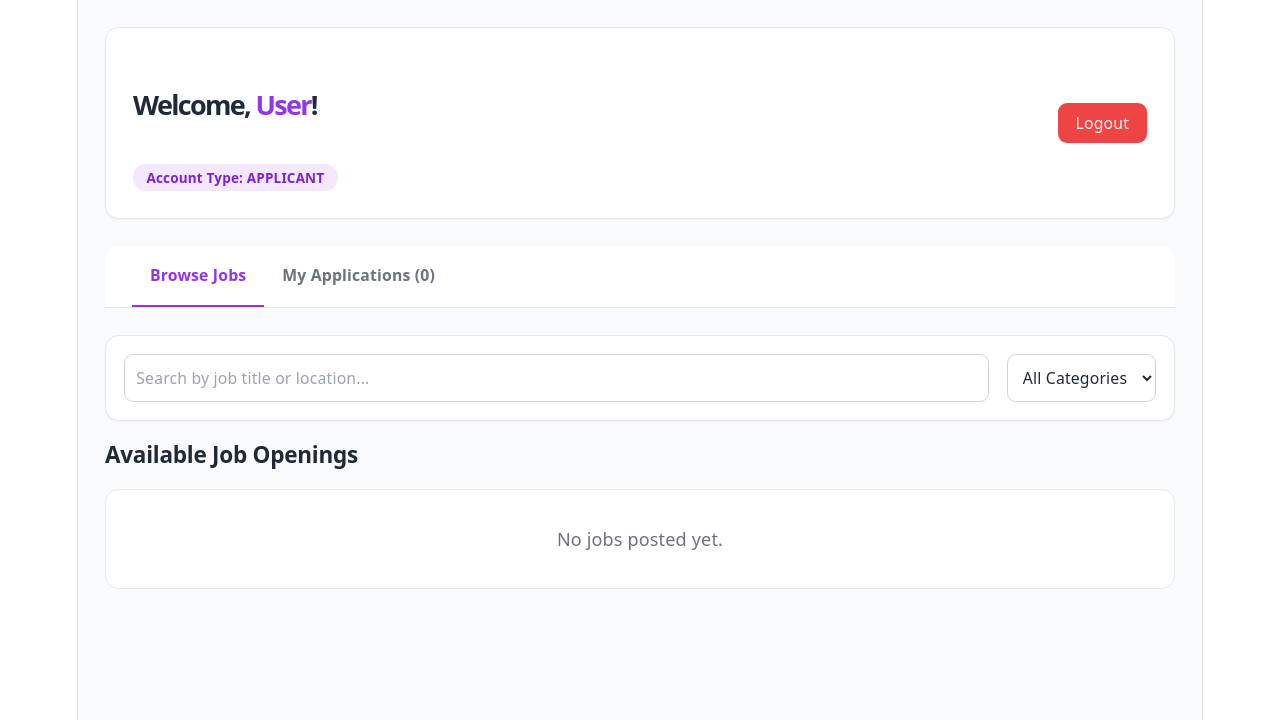
Repository: mdkawsarjomadder/job-portal
Page: /dashboard (app in job-portal/frontend/)
The author's editor kept a copy of each file at every save. The page is drawn from the files as they stood at one save, then again after the next save.
The browser window is 1280 px wide. The pictures show the whole page.
The page's requests for data from a server got no answer. The project was rebuilt for these pictures with package versions that can differ from the ones it lists, and the page was loaded fresh each time. No one was signed in, and anything a server would have sent is missing. Also part of the build but not shown: job-portal/frontend/vite.config.js, job-portal/frontend/src/pages/Login.jsx, job-portal/frontend/src/pages/Register.jsx, job-portal/frontend/src/pages/EmployerDashboard.jsx, job-portal/frontend/src/pages/CreateJob.jsx.

Above is the page before, as saved 2026-09-04 18:15:10.

After the next save:
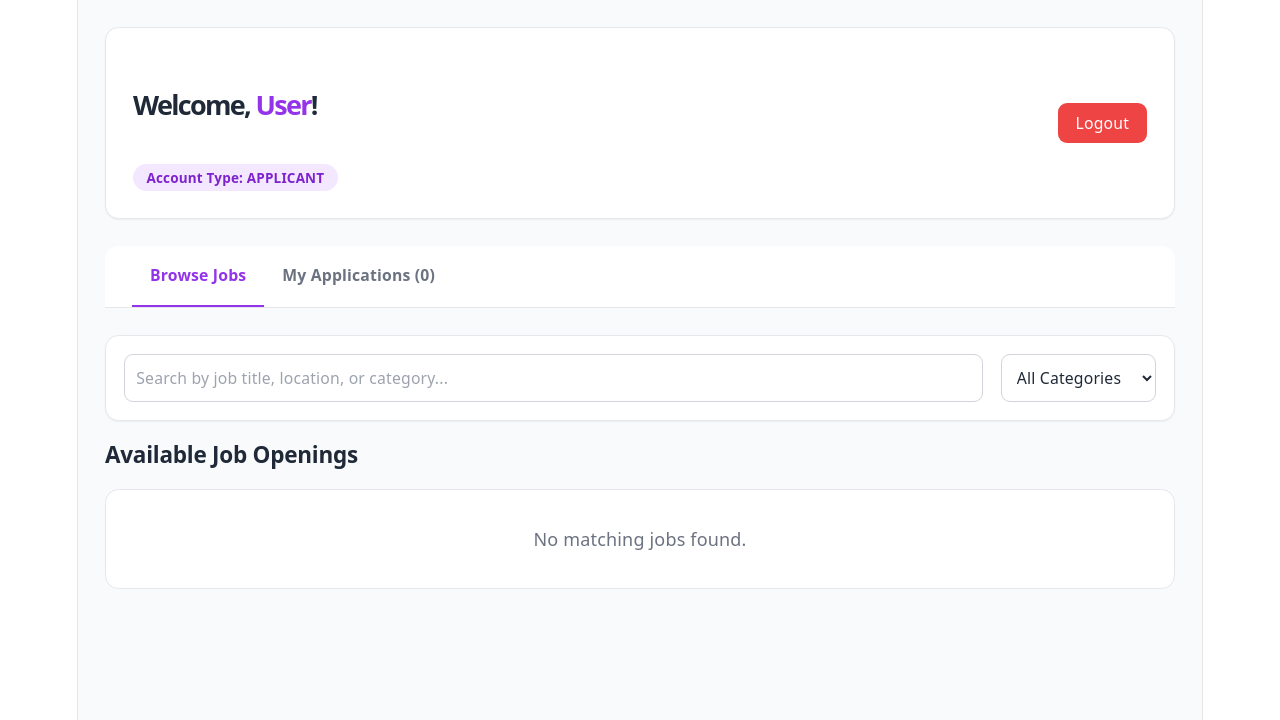
Saved 2 min 24 s later.
--- a/job-portal/frontend/src/pages/ApplicantDashboard.jsx
+++ b/job-portal/frontend/src/pages/ApplicantDashboard.jsx
@@ -1,4 +1,4 @@
-import React, { useState, useEffect, use } from 'react';
+import React, { useState, useEffect } from 'react';
 import axios from 'axios';
 import { useNavigate } from 'react-router-dom';
 
@@ -9,20 +9,16 @@ export default function ApplicantDashboard() {
   const [appliedJobs, setAppliedJobs] = useState([]);
   const [activeTab, setActiveTab] = useState('browse');
 
-  //Serch create------------------------|
-
+  // Search & Filter States
   const [searchTerm, setSearchTerm] = useState('');
-  const [selectedCategory, setSelectdCategory] = useState('');
-
+  const [selectedCategory, setSelectedCategory] = useState('All');
 
   useEffect(() => {
-    // ১. ইউজার ডাটা ফেচ
     const storedUser = localStorage.getItem('user');
     if (storedUser) {
       setUser(JSON.parse(storedUser));
     }
 
-    // ২. জব এবং অ্যাপ্লিকেশন লোড
     fetchJobs();
     fetchMyApplications();
   }, []);
@@ -73,7 +69,7 @@ export default function ApplicantDashboard() {
       );
 
       alert(res.data.message);
-      fetchMyApplications(); // আবেদন সফল হলে সাথে সাথে তালিকা রিফ্রেশ হবে
+      fetchMyApplications();
     } catch (err) {
       console.error('Application Error:', err);
       alert(err.response?.data?.message || 'Failed to apply');
@@ -86,19 +82,22 @@ export default function ApplicantDashboard() {
     navigate('/login');
   };
 
-  //Search category filer
+  // Search & Category Filter Logic
   const filteredJobs = jobs.filter((job) => {
-      const title = job?.title || '';
-      const location = job?.location || '';
-      const category = job?.category || '';
-    const matchesSearch =
-          job.title.toLowerCase().includes(searchTerm.toLowerCase()) ||
-          job.location.toLowerCase().includes(searchTerm.toLowerCase());
-
-      const matchesCategory =
-      selectedCategory === 'All' || job.category.toLowerCase() === selectedCategory.toLowerCase();
-     return matchesSearch && matchesCategory;
-    });
+    const query = searchTerm.trim().toLowerCase();
+
+    const titleMatch = job?.title ? job.title.toLowerCase().includes(query) : false;
+    const locationMatch = job?.location ? job.location.toLowerCase().includes(query) : false;
+    const categoryMatch = job?.category ? job.category.toLowerCase().includes(query) : false;
+
+    const matchesSearch = query === '' || titleMatch || locationMatch || categoryMatch;
+
+    const matchesCategoryDropdown =
+      selectedCategory === 'All' ||
+      (job?.category && job.category.toLowerCase() === selectedCategory.toLowerCase());
+
+    return matchesSearch && matchesCategoryDropdown;
+  });
 
   return (
     <div className="min-h-screen bg-gray-50 p-6 text-left">
@@ -152,11 +151,11 @@ export default function ApplicantDashboard() {
         {activeTab === 'browse' ? (
           <div className="space-y-4">
 
-            {/* সার্চ বার ও ক্যাটাগরি সিলেক্ট ফিল্ড */}
+            {/* Search Bar & Category Select */}
             <div className="flex flex-col md:flex-row gap-4 bg-white p-4 rounded-xl border border-gray-200 shadow-sm">
               <input
                 type="text"
-                placeholder="Search by job title or location..."
+                placeholder="Search by job title, location, or category..."
                 value={searchTerm}
                 onChange={(e) => setSearchTerm(e.target.value)}
                 className="flex-1 border border-gray-300 rounded-lg p-2.5 text-sm text-gray-800 bg-white focus:outline-none focus:ring-2 focus:ring-purple-500"
@@ -168,19 +167,23 @@ export default function ApplicantDashboard() {
               >
                 <option value="All">All Categories</option>
                 <option value="IT">IT / Software</option>
+                <option value="Dev Developer">Dev Developer</option>
                 <option value="Design">Design</option>
                 <option value="Marketing">Marketing</option>
               </select>
             </div>
 
             <h2 className="text-xl font-bold text-gray-800">Available Job Openings</h2>
-            {jobs.length === 0 ? (
+
+            {/* 💡 এখানে jobs.length-এর বদলে filteredJobs ব্যবহার করা হয়েছে */}
+            {filteredJobs.length === 0 ? (
               <div className="bg-white p-8 text-center text-gray-500 rounded-xl border border-gray-200">
-                No jobs posted yet.
+                No matching jobs found.
               </div>
             ) : (
               <div className="grid grid-cols-1 md:grid-cols-2 gap-4">
-                {jobs.map((job) => (
+                {/* 💡 jobs.map এর জায়গায় filteredJobs.map ব্যবহার করা হয়েছে */}
+                {filteredJobs.map((job) => (
                   <div key={job.id} className="bg-white p-5 rounded-xl border border-gray-200 shadow-sm hover:shadow-md transition">
                     <div className="flex justify-between items-start">
                       <div>
@@ -236,7 +239,15 @@ export default function ApplicantDashboard() {
                           {new Date(app.appliedAt).toLocaleDateString()}
                         </td>
                         <td className="p-4">
-                          <span className="px-2.5 py-1 bg-yellow-100 text-yellow-800 text-xs font-semibold rounded-full">
+                          <span
+                            className={`px-2.5 py-1 text-xs font-semibold rounded-full ${
+                              app.status === 'SHORTLISTED'
+                                ? 'bg-green-100 text-green-700'
+                                : app.status === 'REJECTED'
+                                ? 'bg-red-100 text-red-700'
+                                : 'bg-yellow-100 text-yellow-800'
+                            }`}
+                          >
                             {app.status}
                           </span>
                         </td>
